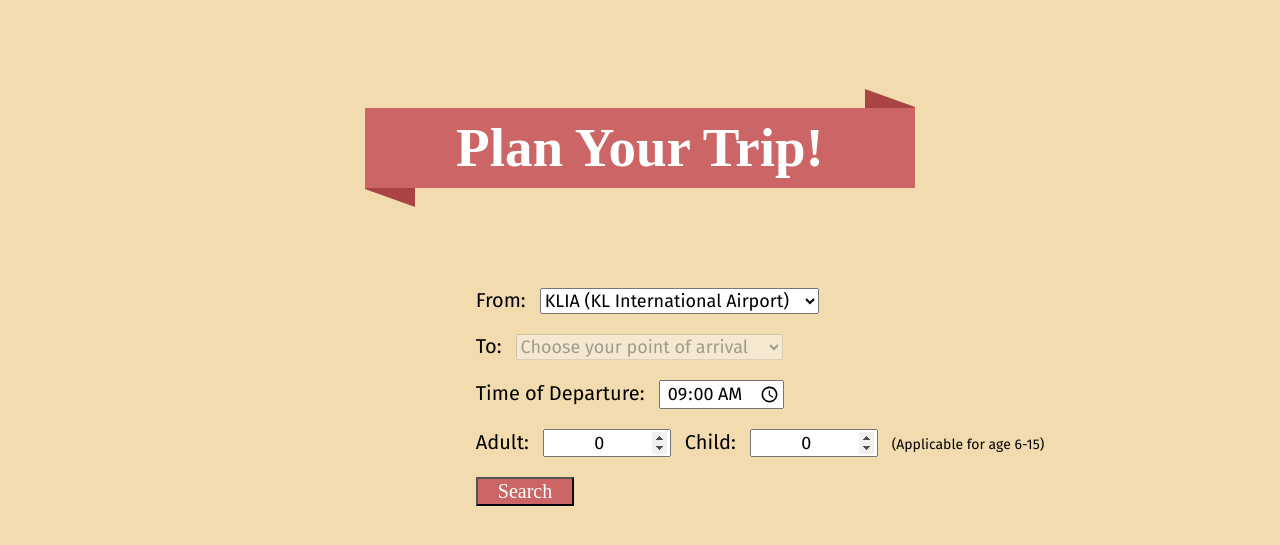
Repository: bbh0607/bae_dNation
Page: public/index.html
These files come from the project's save history. The page is drawn as it stood at one moment and after the next save; the edit follows.
The browser window is 1280 px wide. The pictures show the whole page.
After loading, the first visible `#fromSelect` was changed once.
Some web fonts or font styles are not loaded; a fallback is used.

Above is the page before, as saved 2020-02-01 16:47:28.
Console error: ReferenceError: toggleVisibility is not defined

### public/index.html
<!DOCTYPE html>
<html lang="en">
  <head>
    <meta charset="UTF-8" />
    <link rel="stylesheet" type="text/css" href="./css/style.css" />
    <link rel="stylesheet" href="https://fonts.googleapis.com/css?family=Fira+Sans">
    <link rel="stylesheet" href="https://cdnjs.cloudflare.com/ajax/libs/font-awesome/4.7.0/css/font-awesome.min.css">
    <script src="js/script.js"></script>
    <title>My Website</title>
  </head>
  <body>
    <h1>Plan Your Trip!</h1>
    <form action="result.html" method="POST">
      <ul>
        <li>
          <label for="from">From:</label>
          <select id="fromSelect" name="from" onchange="removeDuplicate(this)" required>
            <option value="DEFAULT" selected disabled hidden>Choose your point of departure</option>
            <option value="KLIA">KLIA (KL International Airport)</option>
            <option value="KLIA2">KLIA2 (Airport Terminal 2)</option>
            <option value="SENTRAL">KL Sentral</option>
            <option value="OTHER">Other..</option>
          </select>
          <span class="fromSearch" hidden>
            <i class="fa fa-search icon"></i>
            <input type="text" name="search" placeholder="Where would you like to start?">
          </span>
        </li>
        <li>
          <label for="to">To:</label>
          <select id="toSelect" name="to" onchange="removeDuplicate(this)" disabled required>
            <option value="DEFAULT" selected disabled hidden>Choose your point of arrival</option>
            <option value="KLIA">KLIA (KL International Airport)</option>
            <option value="KLIA2">KLIA2 (Airport Terminal 2)</option>
            <option value="SENTRAL">KL Sentral</option>
            <option value="OTHER">Other..</option>
          </select>
          <span class="toSearch" hidden>
            <i class="fa fa-search icon"></i>
            <input type="text" name="search" placeholder="Where would you like to go?">
          </span>
        </li>
        <li>
          <label for="deptime">Time of Departure:</label>
          <input type="time" id="deptime" name="deptime" value="09:00" required>
        </li>
        <li>
          <label for="adult">Adult:</label>
          <input type="number" id="adult" name="adult" value="0" min='0' required>
          <label for="child">Child:</label>
          <input type="number" id="child" name="child" value="0" min='0' required>
          <small>(Applicable for age 6-15)</small>
        </li>
        <li>
          <input type="submit" value="Search">
        </li>
      </ul>
    </form a>
  </body>
</html>

### public/css/style.css
/* body {
  background-color: aquamarine;
} */

@import url(https://fonts.googleapis.com/css?family=Patua+One);

body {
  background-color:#F2DBAE;
  align-content: center;
}

h1 {
  background-color:#c66;
  width:550px; height:80px;
  line-height:80px;
  font-size:55px;
  text-align:center;
  position:relative;
  margin:100px auto;
  font-family: 'Patua One', cursive;
  color:#fff;
  }

h1:before, h1:after {
  background-color:#a44;
  width:50px; height:80px;
  content:'';
  display:block;
  transform:skewY(20deg);
  position:absolute;
  z-index:-1;
}

h1:before {top:10px; left:0; }
h1:after {top:-10px; right:0; }

label {
  font-size: 20px;
  font-family: "Fira Sans", sans-serif;
  margin-right: 10px;
}

ul {
  list-style-type: none;
  justify-self: center;
  margin-left: 200px;
}

li {
  margin-top: 20px;
}

select {
  font-family: "Fira Sans", sans-serif;
  font-size: 18px;
  margin-right: 10px;
}

input[type="submit"]{
  background-color: #c66;
  color: #fff;
  font-size: 20px;
  font-family: 'Patua One', cursive;
  padding-left: 20px;
  padding-right: 20px;
}

input[type="time"], input[type="number"]{
  width: 120px;
  text-align: center;
  font-family: "Fira Sans", sans-serif;
  font-size: 18px;
  margin-right: 10px;
}

input[type="text"] {
  width: 250px;
  font-family: "Fira Sans", sans-serif;
  font-size: 16px;
  margin-right: 10px;
  padding-left: 10px;
}

small {
  font-family: "Fira Sans", sans-serif;
  font-size: 14px;
}

input[type='number']::-webkit-inner-spin-button,
input[type='number']::-webkit-outer-spin-button {
    opacity: 1;
}

input[type='time']::-webkit-inner-spin-button,
input[type='time']::-webkit-outer-spin-button {
    opacity: 1;
}

.icon{
  margin-right: 5px;
}

### public/js/script.js
function removeDuplicate(element) {
    const changedId = element.id;
    const comparisonId = changedId == 'fromSelect'? 'toSelect': 'fromSelect';
    const changed = document.getElementById(changedId);
    const compare = document.getElementById(comparisonId);

    if (
      changed.options[changed.selectedIndex].value ===
      compare.options[compare.selectedIndex].value
    ) compare.value="DEFAULT"
    console.log(compare.value);
    toggleVisibility(changed, changed.options[changed.selectedIndex].value);
    document.getElementById(comparisonId).disabled = false;
}

After the next save:
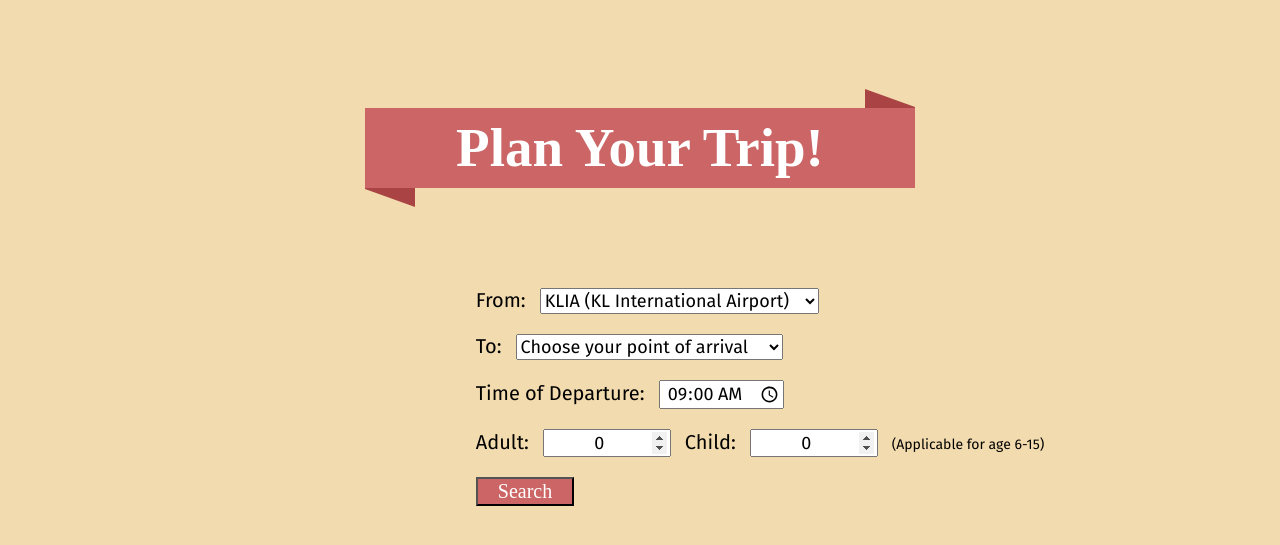
The error is gone.
Saved 7 s later.
--- a/public/js/script.js
+++ b/public/js/script.js
@@ -9,6 +9,5 @@ function removeDuplicate(element) {
       compare.options[compare.selectedIndex].value
     ) compare.value="DEFAULT"
     console.log(compare.value);
-    toggleVisibility(changed, changed.options[changed.selectedIndex].value);
     document.getElementById(comparisonId).disabled = false;
 }
